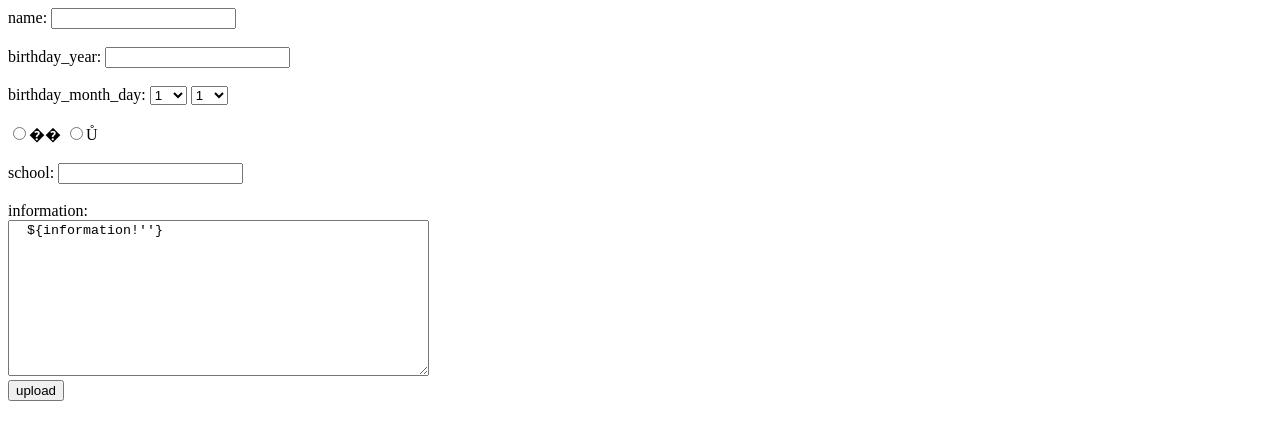
Repository: Brief-drizzle/Java-Web
Page: http://localhost/sy1/GetResume
The author's editor kept a copy of each file at every save. The page is drawn from the files as they stood at one save, then again after the next save.
The browser window is 1280 px wide. The pictures show the whole page.
The page is served by Tomcat 9.

Above is the page before, as saved 2020-10-23 10:43:49.

After the next save:
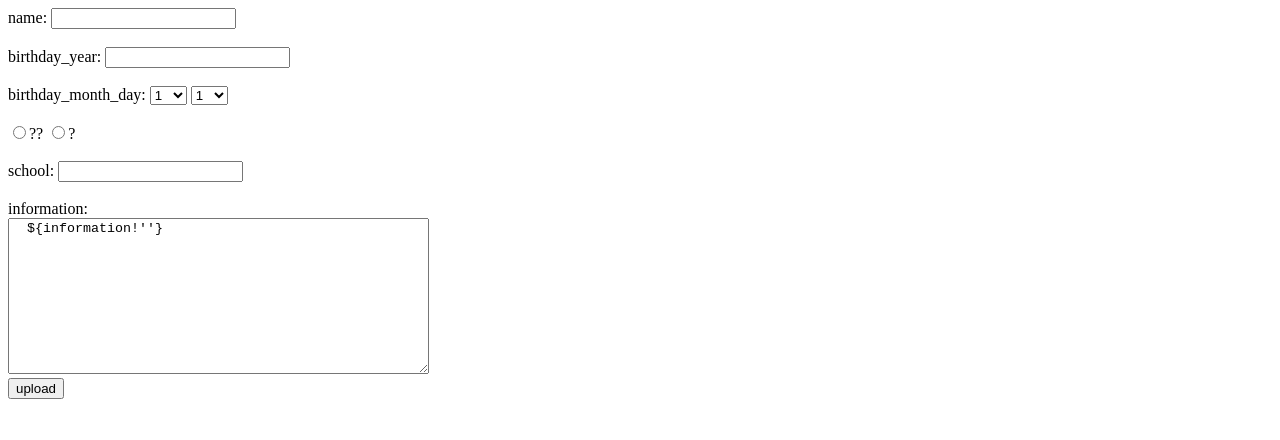
Saved 73 s later.
--- a/sy1/src/sy1/GetResume.java
+++ b/sy1/src/sy1/GetResume.java
@@ -43,8 +43,8 @@ public class GetResume extends HttpServlet {
 	public void doGet(HttpServletRequest request, HttpServletResponse response) throws ServletException, IOException {
 
 		response.setContentType("text/html;charset=utf-8");
-		request.setCharacterEncoding("UTF-8");
-		response.setCharacterEncoding("UTF-8");
+		request.setCharacterEncoding("GBK");
+		response.setCharacterEncoding("GBK");
 		PrintWriter out = response.getWriter();
 		out.println("<!DOCTYPE HTML PUBLIC \"-//W3C//DTD HTML 4.01 Transitional//EN\">");
 		out.println("<HTML>");
